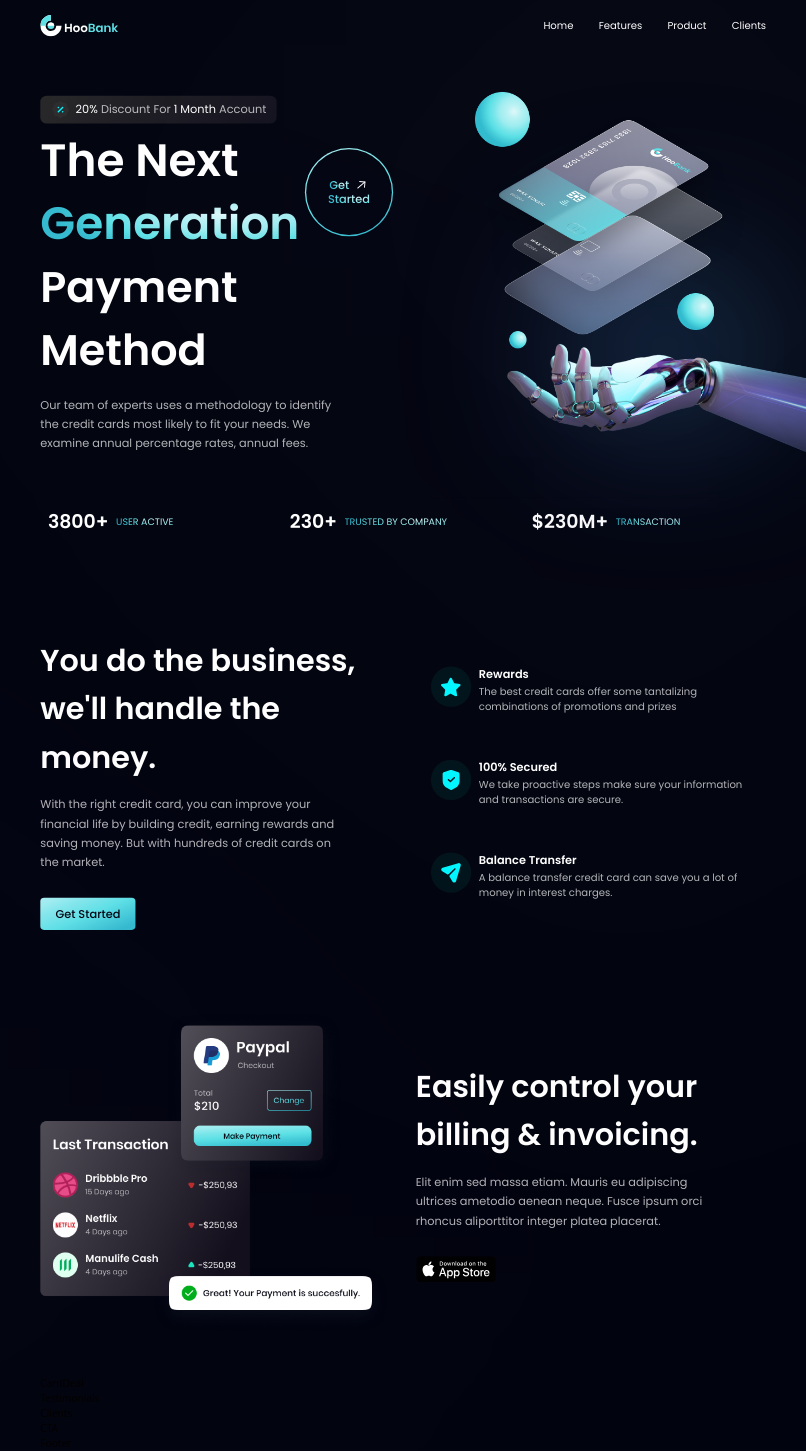
Repository: Carlito-Pedida/modern-app
Page: /
The author's editor kept a copy of each file at every save. The page is drawn from the files as they stood at one save, then again after the next save.
The browser window is 1280 px wide. The pictures show the whole page, at 63% of full size.
The project was rebuilt for these pictures with package versions that can differ from the ones it lists, and the page was loaded fresh each time. Also part of the build but not shown: vite.config.js.

Above is the page before, as saved 2024-11-16 11:07:53.

After the next save:
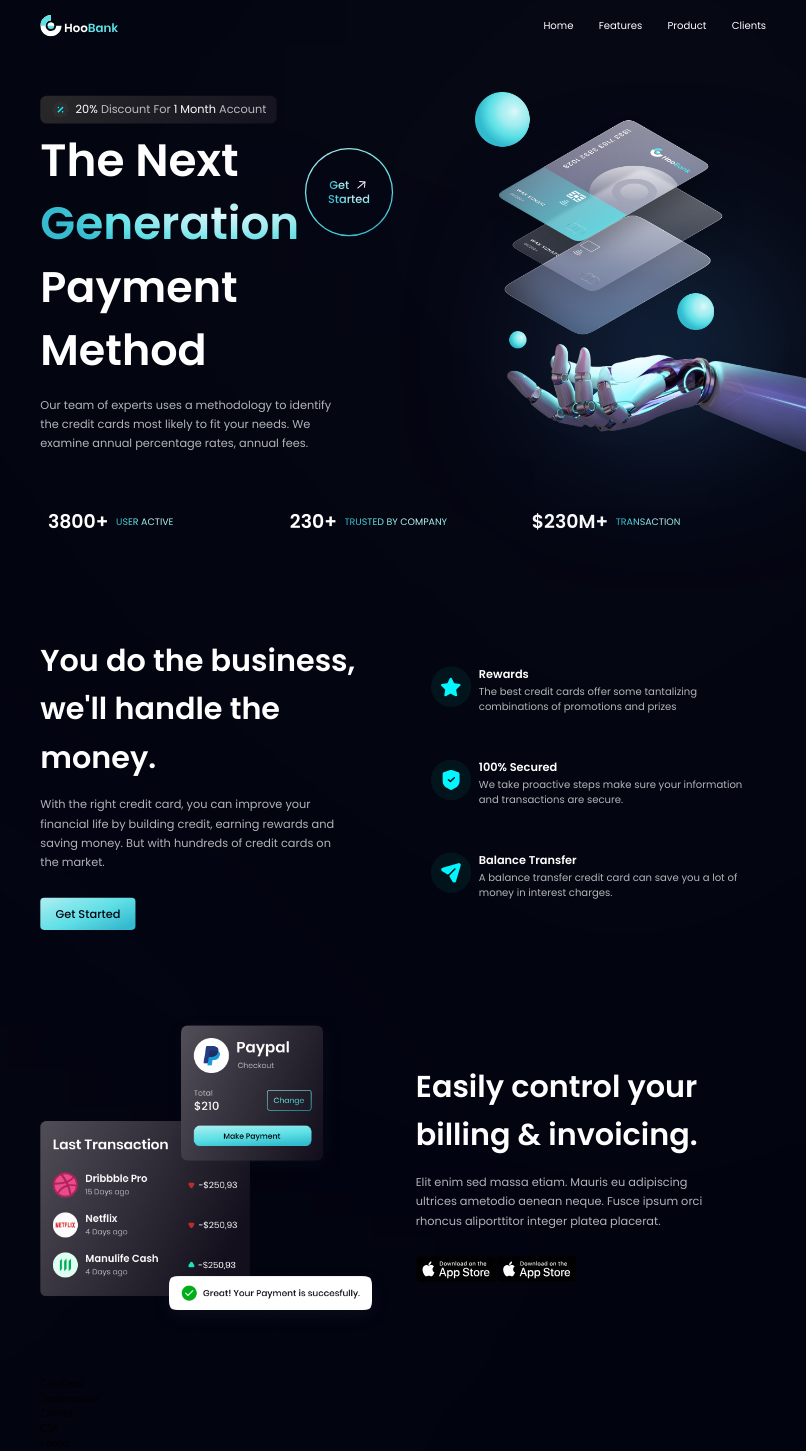
Saved 26 s later.
--- a/src/components/Billing.jsx
+++ b/src/components/Billing.jsx
@@ -17,6 +17,9 @@
         <p className={`${styles.paragraph} max-w-[470px] mt-5`}>Elit enim sed massa etiam. Mauris eu adipiscing ultrices ametodio aenean neque. Fusce ipsum orci rhoncus aliporttitor integer platea placerat.</p>
 
         <div className="flex flex-row flex-wrap sm:mt-10 mt-6">
+
+         <img src={apple} alt="applestore" className="w-[128px] h-[42px] object-contain cursor-pointer " />
+
           <img src={apple} alt="applestore" className="w-[128px] h-[42px] object-contain cursor-pointer " />
         </div>
       </div>
